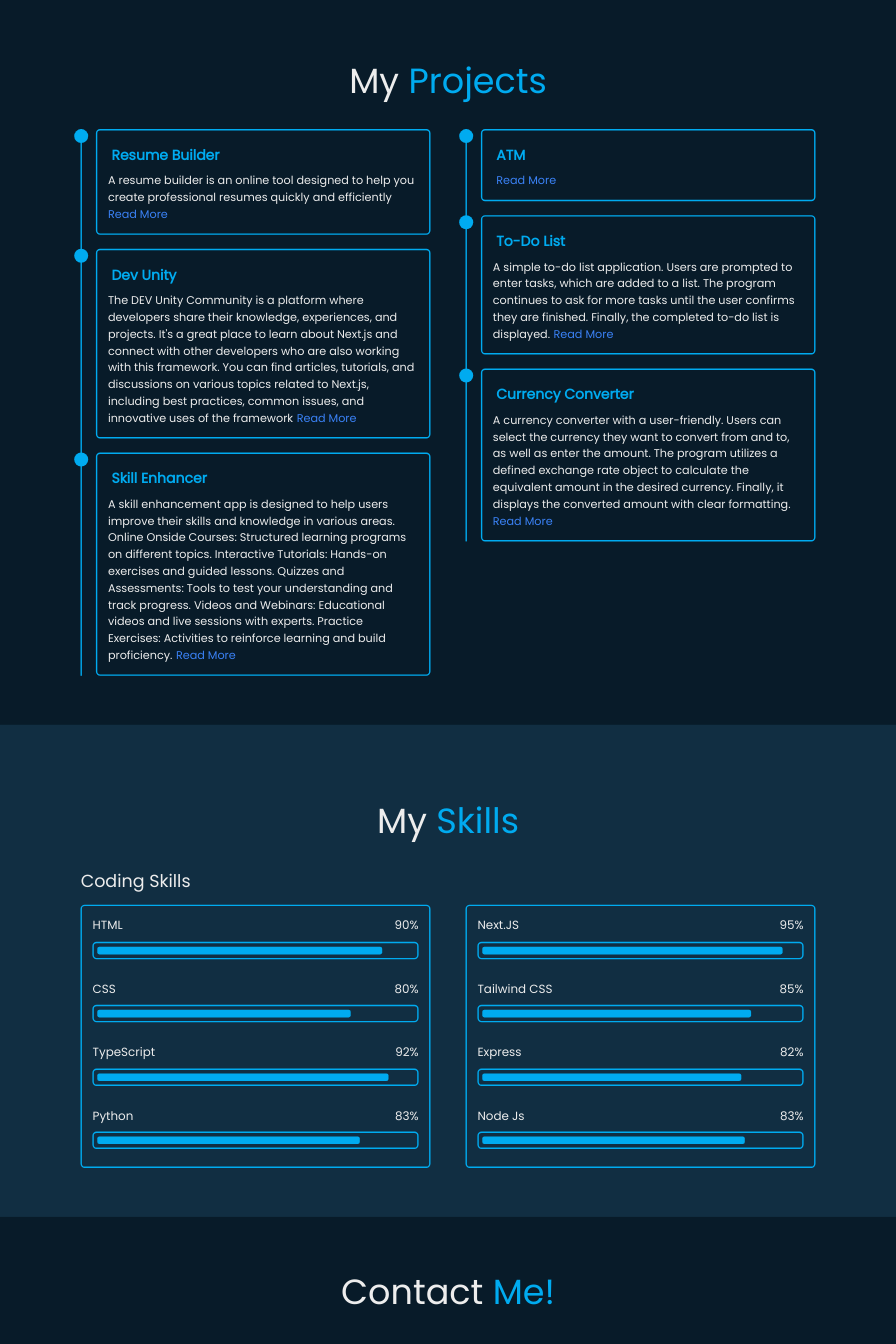
Repository: asadullah48/nextjs_projects_portfolio
Page: /
An editor plug-in stored every save of this project. The page is shown before and after the next save, followed by the edit.
The browser window is 1280 px wide. The pictures show the part of the page from y = 1679 to 3599 px (the page is 4306 px tall before and 4354 px after), at 70% of full size.
The project was rebuilt for these pictures with package versions that can differ from the ones it lists, and the page was loaded fresh each time. The framework's server and built-in components were replaced by stand-ins that run in the browser. Also part of the build but not shown: next.config.ts.

Above is the page before, as saved 2024-11-13 14:55:50.

### src/app/layout.tsx
import type { Metadata } from "next";
import { Poppins } from "next/font/google";
import "./globals.css";
import Link from "next/link";
<Link  href='https://unpkg.com/boxicons@2.1.4/css/boxicons.min.css' rel='stylesheet'></Link>

const poppins = Poppins({ subsets: ["latin"], weight : '400' });

export const metadata: Metadata = {
  title: "Tayyab Portfolio",
  description: "Generated by Tayyab Khalid",
};

export default function RootLayout({
  children,
}: Readonly<{
  children: React.ReactNode;
}>) {
  return (
    <html lang="en">
      <body className={poppins.className}>

        {children}

        </body>
    </html>
  );
}

### src/app/page.tsx
"use client"
import Link from "next/link";
import Image from "next/image";
import LinkedInIcon from "@mui/icons-material/LinkedIn";
import GitHubIcon from "@mui/icons-material/GitHub";
import XIcon from "@mui/icons-material/X";
import ArrowUpwardIcon from "@mui/icons-material/ArrowUpward";
import { Menu } from "lucide-react";
import { useState } from "react";
import {
  Sheet,
  SheetContent,
  SheetDescription,
  SheetHeader,
  SheetTitle,
  SheetTrigger,
} from "@/components/ui/sheet";

export default function Home() {
  const [isSidebarOpen, setIsSidebarOpen] = useState(false);

  const closeSidebar = () => {
    setIsSidebarOpen(false);
  };

  return (
    <main>
      {/* ---------header------------ */}
     <header className={`header flex justify-end items-center transition-opacity duration-300 ${isSidebarOpen ? "opacity-50" : "opacity-100"}`}>
        <div>
          <Link href={"#home"} className="logo ">
            AsadullahShafique.
          </Link>
        </div>
        <nav className="navbar">
          <Sheet open={isSidebarOpen} onOpenChange={setIsSidebarOpen}>
            <SheetTrigger className="tablet:hidden">
              <Menu className="menu-icon mr-4" />
            </SheetTrigger>
            <SheetContent className="pt-4 text-3xl">
              <br />
              <br />
              <br />
              <Link href={"#home"} onClick={closeSidebar}>
                Home
              </Link>
              <br />
              <br />
              <br />
              <Link href={"#about"} onClick={closeSidebar}>
                About
              </Link>
              <br />
              <br />
              <br />
              <Link href={"#education"} onClick={closeSidebar}>
                Project
              </Link>
              <br />
              <br />
              <br />
              <Link href={"#skills"} onClick={closeSidebar}>
                Skills
              </Link>
              <br />
              <br />
              <br />
              <Link href={"#contact"} onClick={closeSidebar}>
                Contact
              </Link>
              <br />
            </SheetContent>
          </Sheet>
          <ul className="hidden tablet:flex gap-x-8 text-[1.7rem]">
            <li>
              <Link
                className="text-[var(--text-color)] font-bold ml-[3.5rem] transition duration-300 hover:text-[var(--main-color)]
active:text-[var(--main-color)]"
                href={"#home"}
              >
                Home
              </Link>
            </li>
            <li>
              <Link
                className="text-[var(--text-color)] font-bold ml-[3.5rem] transition duration-300 hover:text-[var(--main-color)]
active:text-[var(--main-color)]"
                href={"#about"}
              >
                About
              </Link>
            </li>
            <li>
              <Link
                className="text-[var(--text-color)] font-bold ml-[3.5rem] transition duration-300 hover:text-[var(--main-color)]
active:text-[var(--main-color)]"
                href={"#education"}
              >
                Project
              </Link>
            </li>
            <li>
              <Link
                className="text-[var(--text-color)] font-bold ml-[3.5rem] transition duration-300 hover:text-[var(--main-color)]
active:text-[var(--main-color)]"
                href={"#skills"}
              >
                Skills
              </Link>{" "}
            </li>
            <li>
              <Link
                className="text-[var(--text-color)] font-bold ml-[3.5rem] transition duration-300 hover:text-[var(--main-color)]
active:text-[var(--main-color)]"
                href={"#contact"}
              >
                Contact
              </Link>
            </li>
          </ul>
        </nav>
      </header>

      {/*-------------- home section-------------- */}

      <section className={`home bg-[url('../../public/fullSizeImge1.jpg')] bg-cover bg-center transition-opacity duration-300 ${isSidebarOpen ? "opacity-50" : "opacity-100"}`} id="home">
        <div className="home-content">
          <h1>
            Hi, I'm<span> Asadullah Shafique</span>{" "}
          </h1>
          <div className="text-animated">
            <h3>Textile Engineer Cum Full-Stack Developer</h3>
          </div>
          <p>
            I'm a passionate Full Stack Developer currently honing my skills at
            GIAIC. On the front-end, I've mastered Next.js and Tailwind CSS,
            creating responsive and dynamic user interfaces. As I continue my
            journey, I’m diving deeper into back-end technologies to build
            comprehensive, full-stack applications. Stay tuned as I continue to
            expand my skill set and bring innovative ideas to life!
          </p>

          <div className="btn-box">
            <Link
              href={
                "https://www.linkedin.com/in/asadullah-shafique-a00679325/"
              }
              className="btn" target="_blank"
            >
              Hire me
            </Link>
            <Link
              href={
                "https://www.youtube.com/@asadullahshafique4261"
              }
              className="btn" target="_blank"
            >
              Lets talk
            </Link>
          </div>
          <div className="flex-space-x-4 home-sci">
            <Link
              href="https://www.facebook.com/asadullah.shafique"
              target="_blank"
              rel="noopener noreferrer"
              className="bx-bx1-linkedin"
            >
              <LinkedInIcon className="icon" sx={{ fontSize: 25 }} />
            </Link>
            <Link
              href={"ttps://github.com/asadullah48"}
              target="_blank"
              className="bx-bx1-github"
            >
              <GitHubIcon className="icon" sx={{ fontSize: 25 }} />
            </Link>
            <Link
              href={"https://www.instagram.com/shafiqueasadullah/"}
              target="_blank"
              className="bx-bx1-x"
            >
              <XIcon className="icon" sx={{ fontSize: 25 }} />
            </Link>
          </div>
        </div>

        <div className="home-imgHover"></div>
      </section>

      {/* --------------About Section------------- */}

      <section className="about" id="about">
        <h2 className="heading">
          About <span>Me</span>
        </h2>

        <div className="about-image relative w-[25rem] h-[25rem] rounded-full flex justify-center items-center">
      <Image
        src="/dp.png"
        alt="Profile Image"
        width={225}
        height={225}
        className="Image rounded-full border-[.2rem] border-[var(--main-color)]"
      />
      <span className="circle-spin absolute"></span>
    </div>

        <div className="about-content">
          <h2>Full Stack Developer</h2>
          <p className="about-para">
          Welcome to my portfolio! I am Asadullah Shafique, Textile Engineer Cum a passionate full-stack developer
          and aspiring <span className="font-bold">CERTIFIED CLOUD APPLIED GENERATIVE AI ENGINEER.</span> My portfolio highlights a diverse array of projects crafted with cutting-edge technologies
          like Next.js. Through continuous learning and practical experience,
          I am dedicated to improving user experiences and addressing real-world challenges with innovative web solutions.

          </p>

          <div className="btn-box btns">
            <a href="#about" className="btn">
              Read More
            </a>
          </div>
        </div>
      </section>

      {/* -----------------------project section--------------------------- */}

      <section className="education" id="education">
        <h2 className="heading">
          My <span>Projects </span>
        </h2>

        <div className="education-row">
          <div className="education-column">
            {/* <h3 className="title">Education</h3> */}

            <div className="education-box">
              <div className="education-content">
                <div className="content">
                  <div className="year">
                    <h3>Resume Builder</h3>
                  </div>
                  <p>
                  A resume builder is an online tool designed to help you create professional resumes quickly and efficiently
                    <Link
                      href="https://hackathon-puce-six.vercel.app/"
                      className="text-blue-500 hover:underline ml-2"
                      target="_blank"
                    >
                      Read More
                    </Link>
                  </p>
                </div>
              </div>

              <div className="education-content">
                <div className="content">
                  <div className="year">
                    <h3>Dev Unity</h3>
                  </div>
                  <p>
                  The DEV Unity Community is a platform where developers share their knowledge, experiences, and projects.
                  It's a great place to learn about Next.js and connect with other developers
                  who are also working with this framework. You can find articles, tutorials, and discussions on various topics related to Next.js,
                  including best practices, common issues, and innovative uses of the framework
                    <Link
                      href="https://asadullahshafique-devunity.vercel.app/"              className="text-blue-500
                      hover:underline ml-2"
                      target="_blank"
                    >
                      Read More
                    </Link>
                  </p>
                </div>
              </div>

              <div className="education-content">
                <div className="content">
                  <div className="year">
                    <h3>Skill Enhancer</h3>
                  </div>
                  <p> A skill enhancement app is designed to help users improve their skills and knowledge in various areas.
                    Online Onside Courses: Structured learning programs on different topics. Interactive Tutorials: Hands-on exercises and guided lessons.
                    Quizzes and Assessments: Tools to test your understanding and track progress.
                    Videos and Webinars: Educational videos and live sessions with experts.
                    Practice Exercises: Activities to reinforce learning and build proficiency.
                    <Link
                      href="https://skill-enhancer.vercel.app/"
                      className="text-blue-500 hover:underline ml-2"
                      target="_blank"
                    >
                      Read More
                    </Link>
                  </p>
                </div>
              </div>
            </div>
          </div>

          {/* --------------2nd column----------- */}

          <div className="education-column">
            {/* <h3 className="title">Experience</h3> */}
            <div className="education-box">
              <div className="education-content">
                <div className="content">
                  <div className="year">
                    <h3>ATM</h3>
                  </div>
                  <p>

                    <Link
                      href="https://09-calculator-app.vercel.app/"
                      className="text-blue-500
                      hover:underline ml-2"
                      target="_blank"
                    >
                      Read More
                    </Link>
                  </p>
                </div>
              </div>

              <div className="education-content">
                <div className="content">
                  <div className="year">
                    <h3>To-Do List</h3>
                  </div>
                  <p>
                  A simple to-do list application.
                  Users are prompted to enter tasks, which are added to a list. The program continues to ask for more tasks until the user confirms they are finished. Finally, the completed to-do list is displayed.
                    <Link
                      href="https://github.com/Tayyabkhalid993/PIAIC56/tree/main/NodeProjects/Project03_toDoList"
                      className="text-blue-500
                       hover:underline ml-2"
                      target="_blank"
                    >
                      Read More
                    </Link>
                  </p>
                </div>
              </div>

              <div className="education-content">
                <div className="content">
                  <div className="year">
                    <h3>Currency Converter</h3>
                  </div>
                  <p>
                  A currency converter with a user-friendly. Users can select the currency they want to convert from and to,
                  as well as enter the amount. The program utilizes a defined exchange rate object to calculate the equivalent amount in the desired currency. Finally, it displays the converted amount with clear formatting.
                    <Link
                      href="https://github.com/Tayyabkhalid993/PIAIC56/tree/main/NodeProjects/Other_Projects/Rock_Paper_sessior"
                      className="text-blue-500
                       hover:underline ml-2"
                      target="_blank"
                    >
                      Read More
                    </Link>
                  </p>
                </div>
              </div>
            </div>
          </div>
        </div>
      </section>

      {/* -----------------------skill section--------------------------- */}
      <section className="skills" id="skills">
        <h2 className="heading">
          {" "}
          My <span>Skills</span>
        </h2>
            <h3 className="skill-title">Coding Skills</h3>

        <div className="skills-row">
          <div className="skills-column">

            <div className="skills-box">
              <div className="skills-content">
                <div className="progress">
                  <h3>
                    HTML <span>90%</span>
                  </h3>
                  <div className="bar">
                    <span></span>
                  </div>
                </div>
                <div className="progress">
                  <h3>
                    CSS <span>80%</span>
                  </h3>
                  <div className="bar">
                    <span></span>
                  </div>
                </div>
                <div className="progress">
                  <h3>
                    TypeScript <span>92%</span>
                  </h3>
                  <div className="bar">
                    <span></span>
                  </div>
                </div>
                <div className="progress">
                  <h3>
                    Python <span>83%</span>
                  </h3>
                  <div className="bar">
                    <span></span>
                  </div>
                </div>
                  <div className="bar">
                    <span></span>
                  </div>
              </div>
            </div>
          </div>

          {/* ----------------------For another Column--------------------------- */}

          <div className="skills-column">
            {/* <h3 className="title">Professional Skills</h3> */}
            <div className="skills-box">
              <div className="skills-content">
                <div className="progress">
                  <h3>
                  Next.JS <span>95%</span>
                  </h3>
                  <div className="bar">
                    <span></span>
                  </div>
                </div>
                <div className="progress">
                  <h3>
                    Tailwind CSS <span>85%</span>
                  </h3>
                  <div className="bar">
                    <span></span>
                  </div>
                </div>
                <div className="progress">
                  <h3>
                    Express <span>82%</span>
                  </h3>
                  <div className="bar">
                    <span></span>
                  </div>
                </div>
                <div className="progress">
                  <h3>
                  Node Js <span>83%</span>
                  </h3>
                  <div className="bar">
                    <span></span>
                  </div>
                </div>
                  <div className="bar">
                    <span></span>
                </div>
              </div>
            </div>
          </div>
        </div>
      </section>

      <section className="contact" id="contact">
        <center></center>
        <h2 className="heading">
          Contact <span>Me!</span>
        </h2>

        <form action="#">
          <div className="input-box">
            <div className="input-field">
              <input type="text" placeholder="Full Name" required />
              <span className="focus"></span>
            </div>
            <div className="input-field">
              <input type="text" placeholder="Email Address" required />
              <span className="focus"></span>
            </div>
          </div>

          <div className="input-box">
            <div className="input-field">
              <input type="string" placeholder="Mobile Number" required />
              <span className="focus"></span>
            </div>
            <div className="input-field">
              <input type="text" placeholder="Email Subject" required />
              <span className="focus"></span>
            </div>
          </div>
          <div className="textarea-field">
            <textarea
              name=""
              id=""
              cols={30}
              rows={10}
              placeholder="Your Message"
              required
            ></textarea>
            <span className="focus"></span>
          </div>

          <div className="btn-box btns">
            <a href="#contact" className="btn">
              Submit
            </a>
          </div>
        </form>
      </section>

      {/* --------------footer-------------- */}

      <footer className="footer">
        <div className="footer-text">
          <p>Copyright &copy; 2024 by Tayyab | All Right Reserved.</p>
        </div>

        <div className="footer-iconTop">
          <Link href="/" className=" bg-cyan-500 bx-bx1-arrowUpWardIcon">
            <ArrowUpwardIcon className="icon" sx={{ fontSize: 25 }} />
          </Link>
        </div>
      </footer>
    </main>
  );
}

Loaded but not shown: src/lib/utils.ts (common file); tailwind.config.ts (common file); src/app/globals.css (833 lines, source omitted); src/components/ui/sheet.tsx (140 lines, source omitted)

After the next save:
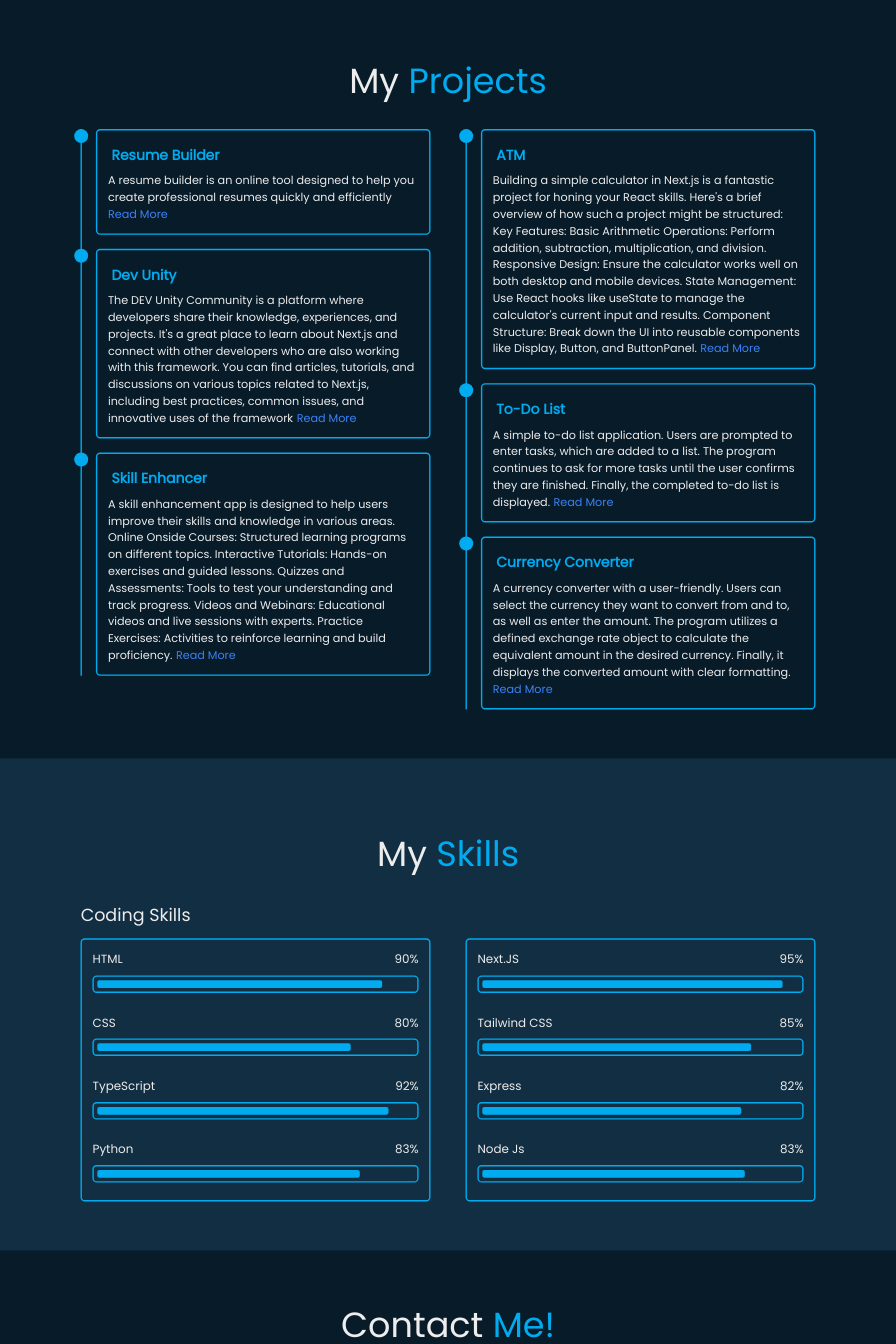
Saved 17 s later.
--- a/src/app/page.tsx
+++ b/src/app/page.tsx
@@ -308,7 +308,16 @@ active:text-[var(--main-color)]"
                     <h3>ATM</h3>
                   </div>
                   <p>
-
+                  Building a simple calculator in Next.js is a fantastic project for honing your React skills. Here's a brief overview of how such a project might be structured:
+
+Key Features:
+Basic Arithmetic Operations: Perform addition, subtraction, multiplication, and division.
+
+Responsive Design: Ensure the calculator works well on both desktop and mobile devices.
+
+State Management: Use React hooks like useState to manage the calculator's current input and results.
+
+Component Structure: Break down the UI into reusable components like Display, Button, and ButtonPanel.
                     <Link
                       href="https://09-calculator-app.vercel.app/"
                       className="text-blue-500
